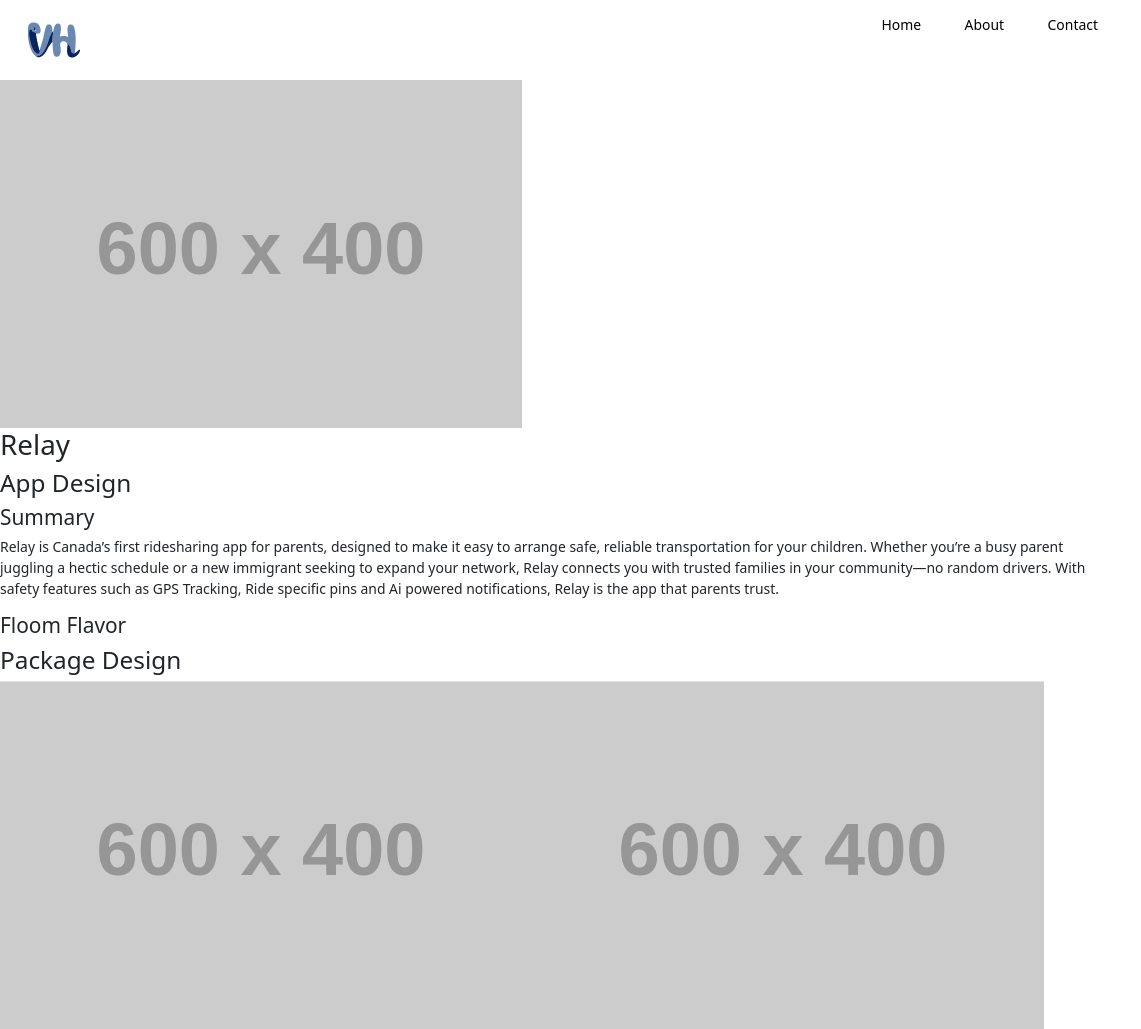
Repository: Vanessahyc/vanessa-portfolio
Page: /relay
These files come from the project's save history. The page is drawn as it stood at one moment and after the next save; the edit follows.
The browser window is 1280 px wide. The page is 1312 px wide, so the pictures cover 1312 px, including what lies to the right of the window. The pictures show the whole page, at 87% of full size.
The project was rebuilt for these pictures with package versions that can differ from the ones it lists, and the page was loaded fresh each time. The framework's server and built-in components were replaced by stand-ins that run in the browser. Also part of the build but not shown: next.config.mjs, src/app/relay/Relay.module.css.

Above is the page before, as saved 2025-02-09 13:11:42.

### src/app/layout.js
import { Geist, Geist_Mono } from "next/font/google";
import "./globals.css";
import 'bootstrap/dist/css/bootstrap.min.css'

const geistSans = Geist({
  variable: "--font-geist-sans",
  subsets: ["latin"],
});

const geistMono = Geist_Mono({
  variable: "--font-geist-mono",
  subsets: ["latin"],
});

export const metadata = {
  title: "Create Next App",
  description: "Generated by create next app",
};

export default function RootLayout({ children }) {
  return (
    <html lang="en">
      <body
        className={`${geistSans.variable} ${geistMono.variable} antialiased`}
      >
        {children}
      </body>
    </html>
  );
}

### src/app/relay/page.js
"use client";
import Header from "../../../components/Header";
import styles from "@/app/relay/Relay.module.css";
import Image from "next/image";
import { Swiper, SwiperSlide } from "swiper/react";
import { Navigation, Pagination, Autoplay } from "swiper/modules";
import "swiper/css";
import "swiper/css/navigation";
import "swiper/css/pagination";

export default function Relay() {
  return (
    <>
      <Header />
      <main className={styles.mainContainer}>
        <section className={`${styles.projectSection}`}>
          <img src="https://placehold.co/600x400" alt="placeholder image" />
          <div className={styles.projectInfo}>
            <h2>Relay</h2>
            <h3>App Design</h3>
            <h4>Summary</h4>
            <p>
            Relay is Canada’s first ridesharing app for parents, designed to make it
                easy to arrange safe, reliable transportation for your children. Whether you’re a busy parent juggling
                a hectic schedule or a new immigrant seeking to expand your network, Relay connects you with trusted
                families in your community—no random drivers. With safety features such as GPS Tracking, Ride specific
                pins and Ai powered notifications, Relay is the app that parents trust.
            </p>
            <h4>Floom Flavor</h4>
          </div>
        </section>
        <section className={styles.packageContainer}>
          <h3>Package Design</h3>
          <div className={styles.packageDesign}>
            <img src="https://placehold.co/600x400" alt="placeholder image" />
            <img src="https://placehold.co/600x400" alt="placeholder image" />
            {/* <Image
              src={selectedColor}
              alt="Guava Can Design"
              className={`${styles.mockup}`}
              width={500}
              height={400}
            />
            <Image
              src={selectedDieline}
              alt="Guava Can Design"
              className={`${styles.mockup}`}
              width={500}
              height={400}
            /> */}
          </div>
        </section>
      </main>
    </>
  );
}

### src/app/globals.css
:root {
  --background: #ffffff;
  --foreground: #171717;
  --font48px: 48px;
  --font32px: 32px;
  --font28px: 28px;
  --font20px: 20px;
  --font18px: 18px;
  --font16px: 16px;
  --font-bold: 700;
  --font-medium: 500;
  --font-regular: 400;

}

body {
  font-family: Montserrat, sans-serif;
}

### components/Header/index.js
import Image from "next/image";
import Link from 'next/link';
import styles from './Header.module.css'

export default function Header() {
  return (
    <nav className={`${styles.navbar}`}>
      <Image src='/images/Logo.svg' alt="Vanessa Huang Logo" width={60} height={60}/>
      <ul>
        <li><Link href="/">Home</Link></li>
        <li><Link href="/about">About</Link></li>
        <li><Link href="/contact">Contact</Link></li>
      </ul>
    </nav>
  );
}

### components/Header/Header.module.css
.navbar {
    display: flex;
    justify-content: space-between;
    width: 100%;
    margin: 1em 2em;
}

.navbar ul {
    width: 30%;
    list-style: none;
    display: flex;
    justify-content: flex-end;
}

.navbar li {
    padding-right: 50px;
}

.navbar a {
    text-decoration: none;
    color: black;
    font-weight: var(--font-medium);
}

After the next save:
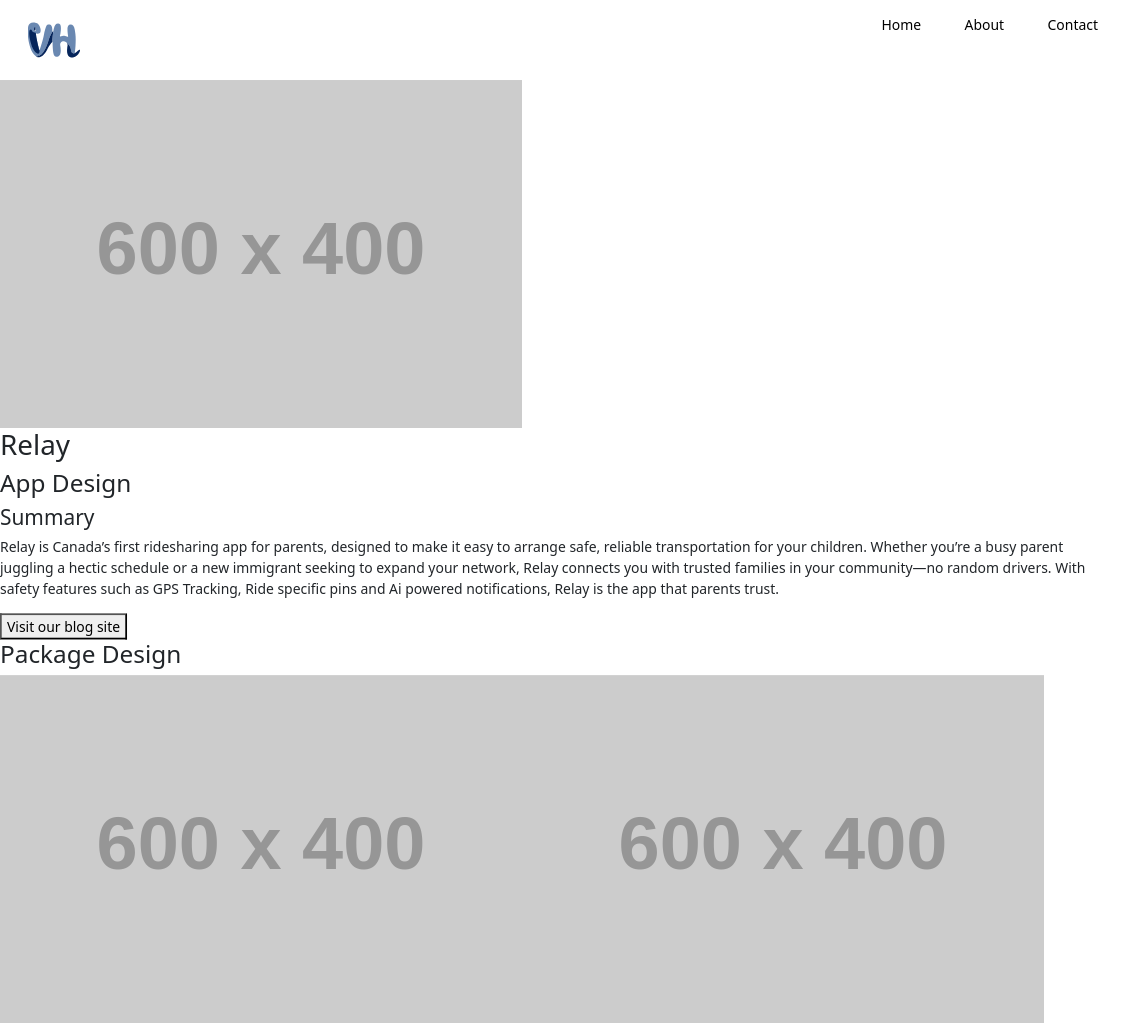
Saved 45 s later.
--- a/src/app/relay/page.js
+++ b/src/app/relay/page.js
@@ -26,7 +26,7 @@ export default function Relay() {
                 families in your community—no random drivers. With safety features such as GPS Tracking, Ride specific
                 pins and Ai powered notifications, Relay is the app that parents trust.
             </p>
-            <h4>Floom Flavor</h4>
+            <button>Visit our blog site</button>
           </div>
         </section>
         <section className={styles.packageContainer}>
